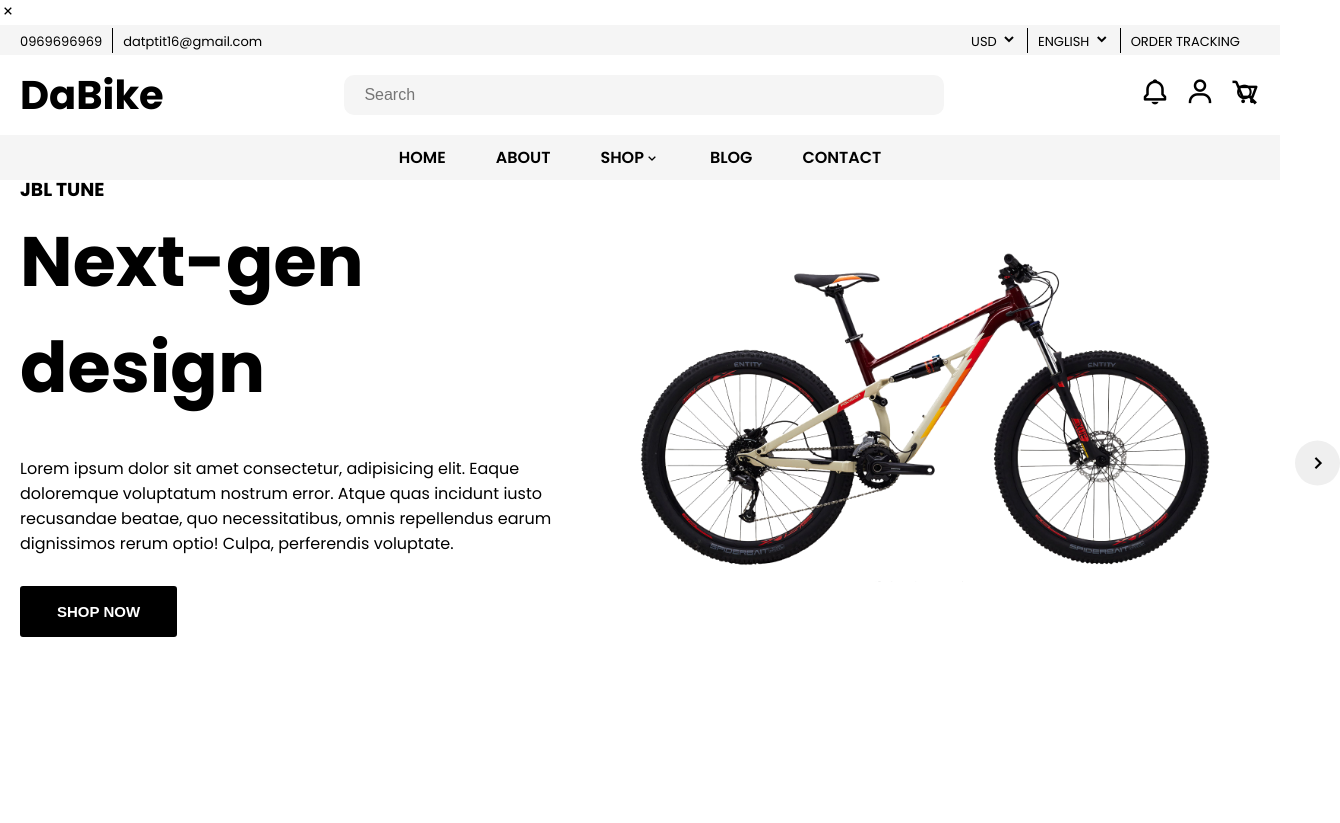
Repository: Datt21/DacMaxx
Page: index.html
The author's editor kept a copy of each file at every save. The page is drawn from the files as they stood at one save, then again after the next save.
The browser window is 1280 px wide. The page is 1340 px wide, so the pictures cover 1340 px, including what lies to the right of the window. The pictures show the whole page.

Above is the page before, as saved 2021-07-07 01:51:26.

### index.html
<!DOCTYPE html>
<html lang="en">
<head>
    <meta charset="UTF-8">
    <meta http-equiv="X-UA-Compatible" content="IE=edge">
    <meta name="viewport" content="width=device-width, initial-scale=1.0">
    <title>DaBike</title>
    <!--======== FONTS =========-->
    <link rel="preconnect" href="https://fonts.gstatic.com">
    <link rel="stylesheet" href="https://fonts.googleapis.com/css2?family=Poppins:ital,wght@0,100;0,200;0,300;0,400;0,500;0,600;0,700;0,800;0,900;1,100;1,200;1,300;1,400;1,500;1,600;1,700;1,900&display=swap">

    <!--========= ICONS =========-->
    <link rel="stylesheet" href="./boxicons-2.0.7/css/boxicons.min.css">
    <link href='https://unpkg.com/boxicons@2.0.7/css/boxicons.min.css' rel='stylesheet'>

    <!--========= LINK CSS =========-->
    <link rel="stylesheet" href="./css/grid.css">
    <link rel="stylesheet" href="./css/app.css">
</head>
<body>

    <!--========= HEADER ===========-->
    <header>
        <!-- mobile menu -->
        <div class="mobile-menu bg-second">
            <a href="#" class="mb-logo">DaBike</a>

            <span class="mb-menu-toggle mb-menu-close" id="mb-menu-close">
                <i class='bx bx-menu'></i>
            </span>
        </div>
        <!-- end mobile menu -->
        <!-- main header -->
        <div class="header-wrapper" id="header-wrapper">
            <span class="mb-menu-toggle" id="mb-menu-toggle">
                <i class='bx bx-x'></i>
            </span>
            <!-- top header -->
            <div class="bg-second">
                <div class="top-header container">
                    <ul class="devided">
                        <li>
                            <a href="#">0969696969</a>
                        </li>
                        <li>
                            <a href="#">datptit16@gmail.com</a>
                        </li>
                    </ul>
                    <ul class="devided">
                        <li class="dropdown">
                            <a href="">USD</a>
                            <i class='bx bxs-chevron-down' ></i>
                            <ul class="dropdown-content">
                                <li><a href="">VND</a></li>
                                <li><a href="">JPY</a></li>
                                <li><a href="">EUR</a></li>
                            </ul>
                        </li>
                        <li class="dropdown">
                            <a href="">ENGLISH</a>
                            <i class='bx bxs-chevron-down' ></i>
                            <ul class="dropdown-content">
                                <li><a href="">VIETNAMESE</a></li>
                                <li><a href="">JAPANESE</a></li>
                                <li><a href="">FRENCH</a></li>
                                <li><a href="">SPANISH</a></li>
                            </ul>
                        </li>
                        <li><a href="#">ORDER TRACKING</a></li>
                    </ul>
                </div>
            </div>
            <!-- end top header -->
            <!-- mid header -->
            <div class="bg-main">
                <div class="mid-header container">
                    <a href="#" class="logo">DaBike</a>
                    <div class="search">
                        <input type="text" placeholder="Search">
                        <i class='bx bx-search-alt-2' ></i>
                    </div>
                    <ul class="user-menu">
                        <li><a href=""><i class='bx bx-bell' ></i> </a></li>
                        <li><a href=""><i class='bx bx-user' ></i> </a></li>
                        <li><a href=""><i class='bx bx-cart' ></i> </a></li>
                    </ul>
                </div>
            </div>
            <!-- end mid header -->
            <!-- bottom header -->
            <div class="bg-second">
                <div class="bottom-header container">
                    <ul class="main-menu">
                        <li><a href="">Home</a></li>
                        <li><a href="">About</a></li>
                        <!-- mega menu -->
                        <li class="mega-dropdown">
                            <a href="./products.html">Shop <i class='bx bx-chevron-down'></i></a>
                            <div class="mega-content">
                                <div class="row">
                                    <div class="col-3">
                                        <div class="box">
                                            <h3>categories</h3>
                                            <ul>
                                                <li><a href="">Doanhnhan</a></li>
                                                <li><a href="">Diahinh</a></li>
                                                <li><a href="">Thethao</a></li>
                                                <li><a href="">Sinhvien</a></li>
                                            </ul>
                                        </div>
                                    </div>
                                    <div class="col-3">
                                        <div class="box">
                                            <h3>categories</h3>
                                            <ul>
                                                <li><a href="">Doanhnhan</a></li>
                                                <li><a href="">Diahinh</a></li>
                                                <li><a href="">Thethao</a></li>
                                                <li><a href="">Sinhvien</a></li>
                                            </ul>
                                        </div>
                                    </div>
                                    <div class="col-3">
                                        <div class="box">
                                            <h3>categories</h3>
                                            <ul>
                                                <li><a href="">Doanhnhan</a></li>
                                                <li><a href="">Diahinh</a></li>
                                                <li><a href="">Thethao</a></li>
                                                <li><a href="">Sinhvien</a></li>
                                            </ul>
                                        </div>
                                    </div>
                                    <div class="col-3">
                                        <div class="box">
                                            <h3>categories</h3>
                                            <ul>
                                                <li><a href="">Doanhnhan</a></li>
                                                <li><a href="">Diahinh</a></li>
                                                <li><a href="">Thethao</a></li>
                                                <li><a href="">Sinhvien</a></li>
                                            </ul>
                                        </div>
                                    </div>
                                </div>
                                <div class="row img-row">
                                    <div class="col-3">
                                        <div class="box">
                                            <img src="./images/531352.png" alt="">
                                        </div>
                                    </div>
                                    <div class="col-3">
                                        <div class="box">
                                            <img src="./images/6489548.png" alt="">
                                        </div>
                                    </div>
                                    <div class="col-3">
                                        <div class="box">
                                            <img src="./images/MTBROMO_N7_2022.png" alt="">
                                        </div>
                                    </div>
                                    <div class="col-3">
                                        <div class="box">
                                            <img src="./images/b1.png" alt="">
                                        </div>
                                    </div>
                                </div>
                            </div>
                        </li>
                        <!-- end mega menu -->
                        <li><a href="">Blog</a></li>
                        <li><a href="">Contact</a></li>
                    </ul>
                </div>
            </div>
            <!-- end bottom header -->
        </div>
        <!-- end main header -->
    </header>
    <!--========= END HEADER ===========-->
    <!--========= MAIN ================-->
    <div class="hero">
        <div class="slider">
            <div class="container">
                <!-- slide item -->
                <div class="slide active">
                    <div class="info">
                        <div class="info-content">
                            <h3 class="top-down">
                                JBL TUNE
                            </h3>

                            <h2 class="top-down trans-delay-0-2">
                                Next-gen design
                            </h2>

                            <p class="top-down trans-delay-0-4">
                                Lorem ipsum dolor sit amet consectetur, adipisicing elit. Eaque doloremque voluptatum nostrum error. Atque quas incidunt iusto recusandae beatae, quo necessitatibus, omnis repellendus earum dignissimos rerum optio! Culpa, perferendis voluptate.
                            </p>

                            <div class="top-down trans-delay-0-6">
                                <button class="btn-flat btn-hover">
                                    <span>shop now</span>
                                </button>
                            </div>
                        </div>
                    </div>
                    <div class="img top-down">
                        <img src="./images/531352.png" alt="">
                    </div>
                </div>
                <!-- end slide item -->
                <!-- slide item -->
                <div class="slide">
                    <div class="info">
                        <div class="info-content">
                            <h3 class="top-down">
                                JBL Quantum One
                            </h3>

                            <h2 class="top-down trans-delay-0-2">
                                Ipsum dolor sit
                            </h2>

                            <p class="top-down trans-delay-0-4">
                                Lorem ipsum dolor sit amet consectetur, adipisicing elit. Eaque doloremque voluptatum nostrum error. Atque quas incidunt iusto recusandae beatae, quo necessitatibus, omnis repellendus earum dignissimos rerum optio! Culpa, perferendis voluptate.
                            </p>

                            <div class="top-down trans-delay-0-6">
                                <button class="btn-flat btn-hover">
                                    <span>shop now</span>
                                </button>
                            </div>
                        </div>
                    </div>
                    <div class="img right-left">
                        <img src="./images/6489548.png" alt="">
                    </div>
                </div>
                <!-- end slide item -->
                <!-- slide item -->
                <div class="slide">
                    <div class="info">
                        <div class="info-content">
                            <h3 class="top-down">
                                JBL JR 310BT
                            </h3>

                            <h2 class="top-down trans-delay-0-2">
                                Amet Consec
                            </h2>

                            <p class="top-down trans-delay-0-4">
                                Lorem ipsum dolor sit amet consectetur, adipisicing elit. Eaque doloremque voluptatum nostrum error. Atque quas incidunt iusto recusandae beatae, quo necessitatibus, omnis repellendus earum dignissimos rerum optio! Culpa, perferendis voluptate.
                            </p>

                            <div class="top-down trans-delay-0-6">
                                <button class="btn-flat btn-hover">
                                    <span>shop now</span>
                                </button>
                            </div>
                        </div>
                    </div>
                    <div class="img left-right">
                        <img src="./images/b1.png" alt="">
                    </div>
                </div>
                <!-- end slide item -->
            </div>
            <!-- slider controller -->
            <button class="slide-controll slide-next">
                <i class='bx bx-chevron-right'></i>
            </button>
            <button class="slide-controll slide-prev">
                <i class='bx bx-chevron-left'></i>
            </button>
            <!-- end slider controller -->
        </div>
    </div>

    <!--========= END MAIN ================-->

     <!--========= JS ==============-->
    <script src="./js/app.js"></script>
    <script src="./js/index.js"></script>
</body>
</html>

### css/grid.css
.row {
    display: flex;
    flex-wrap: wrap;
    margin: 0 -15px;
}

.row-revere{
    flex-direction: row-reverse;
}

[class*="col-"]{
    padding: 0 15px;
    margin-bottom: 20px;
}

.col-1 {
    width: 8.33%;
}
.col-2 {
    width: 16.66%;
}
.col-3 {
    width: 25%;
}
.col-4 {
    width: 33.33%;
}
.col-5 {
    width: 41.66%;
}
.col-6 {
    width: 50%;
}
.col-7 {
    width: 58.33%;
}
.col-8 {
    width: 66.66%;
}
.col-9 {
    width: 75%;
}
.col-10 {
    width: 83.33%;
}
.col-11 {
    width: 91.66%;
}
.col-12 {
    width: 100%;
}

/* medium screen */
@media only screen and (max-width: 1280px) {
    .col-md-1 {
        width: 8.33%;
    }
    .col-md-2 {
        width: 16.66%;
    }
    .col-md-3 {
        width: 25%;
    }
    .col-md-4 {
        width: 33.33%;
    }
    .col-md-5 {
        width: 41.66%;
    }
    .col-md-6 {
        width: 50%;
    }
    .col-md-7 {
        width: 58.33%;
    }
    .col-md-8 {
        width: 66.66%;
    }
    .col-md-9 {
        width: 75%;
    }
    .col-md-10 {
        width: 83.33%;
    }
    .col-md-11 {
        width: 91.66%;
    }
    .col-md-12 {
        width: 100%;
    }
}

@media only screen and (max-width: 750px) {
    .col-sm-1 {
        width: 8.33%;
    }
    .col-sm-2 {
        width: 16.66%;
    }
    .col-sm-3 {
        width: 25%;
    }
    .col-sm-4 {
        width: 33.33%;
    }
    .col-sm-5 {
        width: 41.66%;
    }
    .col-sm-6 {
        width: 50%;
    }
    .col-sm-7 {
        width: 58.33%;
    }
    .col-sm-8 {
        width: 66.66%;
    }
    .col-sm-9 {
        width: 75%;
    }
    .col-sm-10 {
        width: 83.33%;
    }
    .col-sm-11 {
        width: 91.66%;
    }
    .col-sm-12 {
        width: 100%;
}

### css/app.css
:root {
    --main-bg-color:#fff;
    --second-bg-color:#f5f5f5;
    --third-bg-color:#e3e3e3;
    --grey: #4b4b4b;
    --black: #000;
    --red: #c0392b;
    --top-header-size: 30px;
    --mid-header-size: 80px;
    --bottom-header-size: 45px;
    --btn-bg: #000;
    --btn-border-color: #000;
    --btn-color: #fff;

}

*{
    padding: 0;
    margin: 0;
    box-sizing: border-box;
    -webkit-tap-highlight-color: transparent;
}

body{
    font-family: "Poppins", sans-serif;
    overflow-x: hidden;
    position: relative;
    background-color: var(--main-bg-color);
}

button{
    cursor: pointer;
}

a{
    display: inline-block;
    text-decoration: none;
    color: unset;
}

li{
    list-style-type: none;
}

img{
    max-width: 100%;
}

.container{
    max-width: 1366px;
    margin: auto;
    padding: 0 20px;
    position: relative;
}

.bg-second{
    background-color: var(--second-bg-color);
}

.bg-main{
    background-color: var(--main-bg-color);
}

.text-red{
    color: var(--red);
}

.mobile-menu{
    align-items: center;
    justify-content: space-between;
    padding: 10px 30px;
    display: none;
}
.mb-menu-close{
    display: none;
}

.top-header{
    height: 30px;
    display: flex;
    justify-content: space-between;
    align-items: center;
}

.top-header ul{
    display: flex;
}

.top-header a{
    font-size: 13px;
}

ul.devided > li{
    margin-right: 10px;
    padding-right: 10px;
    border-right: 1px solid;
}

ul.devided > li:last-child{
    border-right: none;
}

/* dropdown */
.dropdown{
    position: relative;
}

.dropdown:hover .dropdown-content{
    top: 100%;
    opacity: 1;
    visibility: visible;
}

.dropdown-content{
    display: flex;
    opacity: 0;
    visibility: hidden;
    position: absolute;
    top: calc(100% + 10px);
    background-color: #fff;
    flex-direction: column;
    box-shadow: rgba(100, 100, 111, 0.2) 0px 7px 29px 0;
    transition: all .4s cubic-bezier(0.77, 0, 0.175, 1);
    z-index: 2;
}
.dropdown-content > li > a{
    padding: 10px;
}

.dropdown-content > li:hover > a {
    color: var(--red);
}
/* end dropdown */

.mid-header{
    display: flex;
    align-items: center;
    justify-content: space-between;
    height: 80px;
    background-color: var(--main-bg-color);
}

.logo{
    font-size: 40px;
    font-weight: 700;
}

.mb-logo{
    font-size: 25px;
    font-weight: 700;
}

.search{
    width: 600px;
    height: 40px;
}

.search input{
    height: 100%;
    width: 100%;
    font-size: 16px;
    outline: 0;
    padding: 0 20px;
    border-radius: 10px;
    border: 0;
    background-color: var(--second-bg-color);
}

.search i{
    position: absolute;
    top: 50%;
    transform: translateY(-50%);
    font-size: 25px;
    right: 20px;
    cursor: pointer;
}

.user-menu{
    display: flex;
}

.user-menu > li > a{
    font-size: 30px;
    margin-left: 15px;
}

.bottom-header{
    display: flex;
    justify-content: space-between;
    align-items: center;
}

.main-menu{
    display: flex;
    height: var(--bottom-header-size);
    margin: auto;
}

.main-menu > li > a {
    display: flex;
    align-items: center;
    margin: 0 25px;
    font-weight: 600;
    height: 100%;
    text-transform: uppercase;
}


.main-menu > li {
    border-bottom: 2px solid transparent;
    border-top: 2px solid transparent;
}

.main-menu > li:hover{
    border-bottom: 2px solid var(--black);
}

/* mega menu */
.mega-content{
    opacity: 0;
    visibility: hidden;
    position: absolute;
    left: 0;
    background-color: var(--main-bg-color);
    width: 100%;
    top: calc(100% + 100px);
    z-index: 2;
    box-shadow: rgba(100, 100, 111, 0.2) 0px 7px 29px 0;
    transition: all 0.4s cubic-bezier(0.77, 0, 0.175, 1);
}


.mega-dropdown:hover .mega-content {
    opacity: 1;
    visibility: visible;
    top: 100%;
}

.mega-content h3{
    margin: 20px 0;
    padding-left: 20px;
}

.mega-content ul{
    display: flex;
    flex-direction: column;
}

.mega-content ul > li > a{
    font-weight: normal;
    border-bottom: 2px dashed #f5f5f5;
    transition: padding-left 0.2s ease-in-out;
    padding: 10px 20px;
}

.mega-content ul > li > a:hover{
    padding-left: 10px;
}
/* end mega menu */
.box{
    padding: 20px;
}

/* Main */
.hero{
   height: calc(
       100vh - (
           var(--top-header-size) + var(--mid-header-size) +
              var(--bottom-header-size)
       )
       );
       padding: 0 20px;
}

.slider,
.slider .container{
    height: 100%;
    position: relative;
}

/* .slide{
    position: absolute;
    height: 100%;
    inset: 0;
    overflow: hidden; */
    /* visibility: hidden;
    /* display: flex; */
/* }  */

/* .slide.active{
    visibility: visible;
} */

/* .slide .info{
    width: 40%;
    display: flex;
    flex-direction: column;
    height: 10%;
} */

.slide{
    display: flex;
    height: 100%;
    inset: 0;
    overflow: hidden;
    visibility: hidden;
    position: absolute;
    /* max-width: max-content; */

}

.slide.active{
    visibility: visible;
}

.slide .info{
    width: 50%;
    display: flex;
    flex-direction: column;
    height: 80%;
    justify-content: center;
}


.info-content h2{
    font-size: 70px;
    margin: 5px 0 35px;
}

.info-content button {
    margin-top: 30px;
}

.slide .img{
    width: 50%;
    display: flex;
    justify-content: center;
    align-items: center;
    margin-left:  50px;
    margin-right: 50px;
    height: 80%;;
}

.img img{
    transform: rotate(-70deg);
    transform-origin: bottom;
    opacity: 0;
    transition: transform 1s cubic-bezier(0.175, 0.885, 0.32, 1.275),
        opacity 0.6s ease 0s;
}
.slide.active .img img{
    transform: rotate(0);
    opacity: 1;
}

.btn-flat{
    display: inline-block;
    border: 2px solid var(--btn-border-color);
    background-color: var(--btn-bg);
    color: var(--btn-color);
    padding: 15px 35px;
    font-size: 15px;
    outline: 0;
    font-weight: 600;
    text-transform: uppercase;
    border-radius: 3px;
    /* transition: 0.3s; */
}
.btn-hover{
    transition: all 0.3s ease-in-out;
}
.btn-hover:hover{
    background-color: var(--second-bg-color);
    color: var(--btn-bg);
}
.slide-controll{
    position: absolute;
    top: 50%;
    transform: translateY(-50%);
    outline: 0;
    border: 0;
    border-radius: 50%;
    font-size: 25px;
    display: flex;
    align-items: center;
    padding: 10px;
    transition: all 0.3s cubic-bezier(0.77, 0, 0.175, 1);
}

.slide-controll:hover{
    background-color: var(--btn-bg);
    color: var(--btn-color);
}

.slide-next{
    right: -80px;
}

.slide-prev{
    left: -80px;
}

.slider:hover .slide-next{
    right: 50px;
}

.slider:hover .slide-prev{
    left: 50px;
}

### js/index.js
let slide_index = 0
let slide_play = true
let slides = document.querySelectorAll('.slide')

hideAllSlide = () => {
    slides.forEach(e => {
        e.classList.remove('active')
    })
}

showSlide = () => {
    hideAllSlide()
    slides[slide_index].classList.add('active')
}

nextSlide = () => slide_index = slide_index + 1 === slides.length ? 0 : slide_index + 1

prevSlide = () => slide_index = slide_index - 1 < 0 ? slides.length - 1 : slide_index - 1

// pause slide when hover slider

document.querySelector('.slider').addEventListener('mouseover', () => slide_play = false)

// enable slide when mouse leave out slider
document.querySelector('.slider').addEventListener('mouseleave', () => slide_play = true)

// slider controll

document.querySelector('.slide-next').addEventListener('click', () => {
    nextSlide()
    showSlide()
})

document.querySelector('.slide-prev').addEventListener('click', () => {
    prevSlide()
    showSlide()
})

showSlide();

// setInterval(() => {
//     if(!slide_play) return
//         nextSlide()
//         showSlide()
// },2000);

Loaded but not shown: boxicons-2.0.7/css/boxicons.min.css (library); js/app.js (no copy from this time; the picture is the same without it)

After the next save:
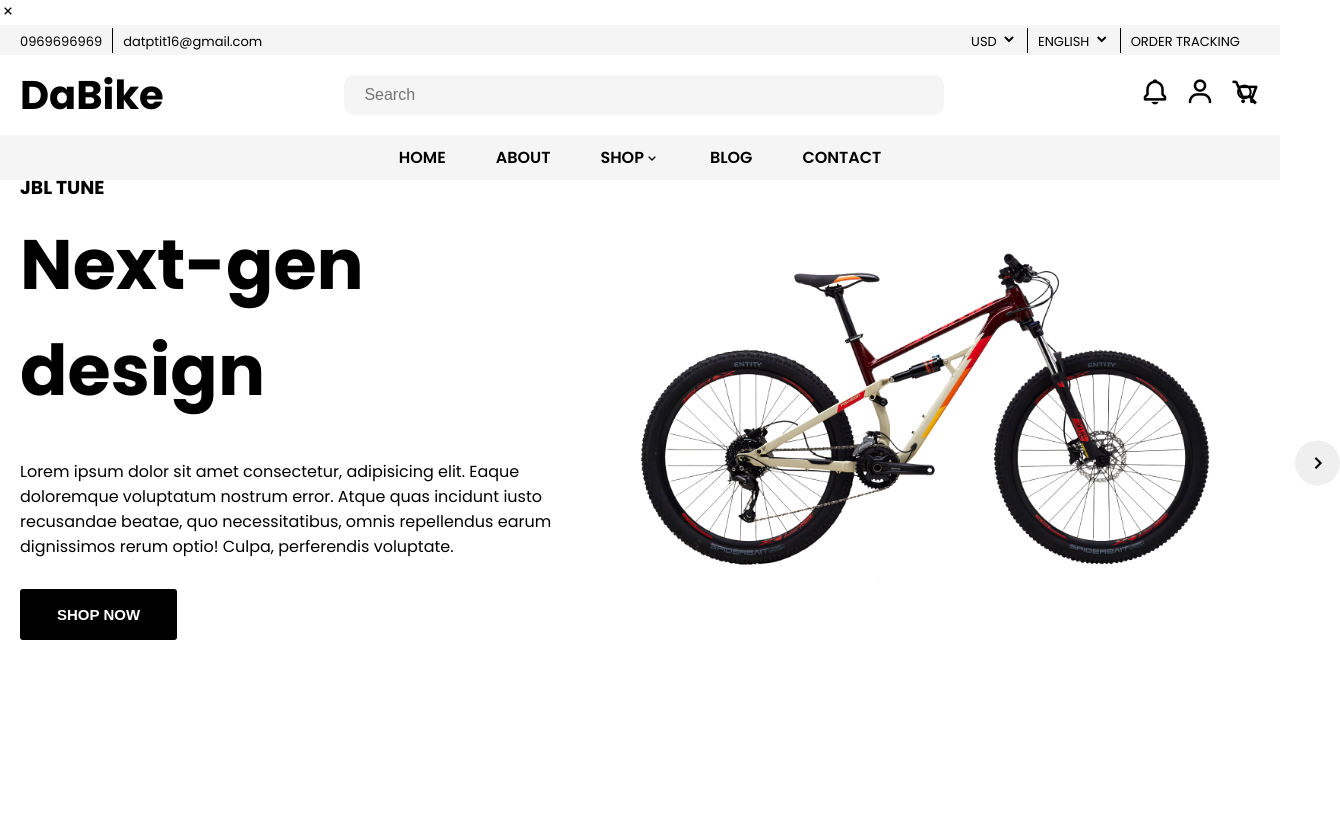
Saved 9 s later.
--- a/css/app.css
+++ b/css/app.css
@@ -324,7 +324,7 @@ ul.devided > li:last-child{
 
 .info-content h2{
     font-size: 70px;
-    margin: 5px 0 35px;
+    margin: 10px 0 35px;
 }
 
 .info-content button {
